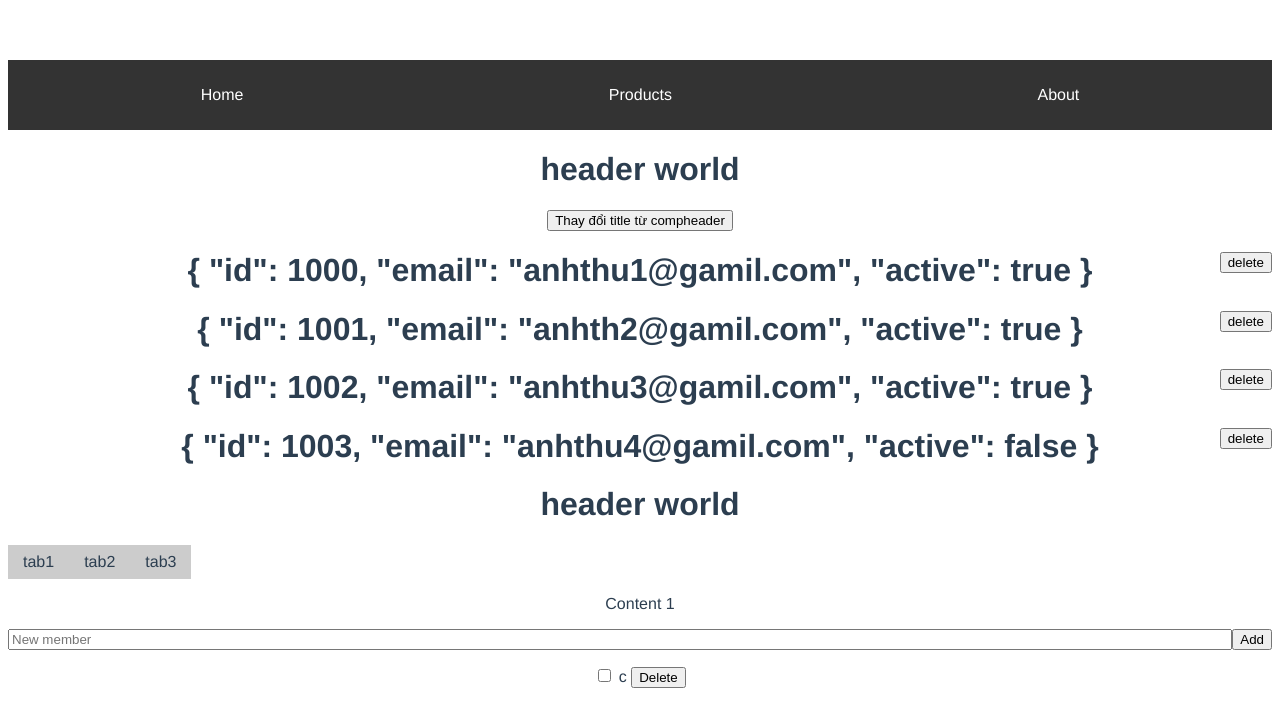
Repository: anhthu112/Todo-list
Page: /
An editor plug-in stored every save of this project. The page is shown before and after the next save, followed by the edit.
The browser window is 1280 px wide. The pictures show the whole page.
The project was rebuilt for these pictures with package versions that can differ from the ones it lists, and the page was loaded fresh each time. Requests to the local data server were answered from the project's data file. Also part of the build but not shown: vue.config.js.

Above is the page before, as saved 2024-02-01 09:18:46.

### src/App.vue
<template>
  <div class="container">
    <!-- <button v-on:click="title='Yoon Jeonghan'">Thay đổi title từ comp app.vue</button> -->
    <CompHeader v-bind:titles="title"/>
    <router-view/>
    <ListUser v-bind:listUser="listUser"
    v-on:deleteEvent="handleDeleteUser"
    />
    <ComFooter v-bind:title="title"/>
    <DemoRef>
      <p>mệt quá em muốn về nhà</p>
    </DemoRef>
  </div>
  <CompTodo/>

</template>

<script>
import CompHeader from './components/CompHeader.vue';
import ComFooter from './components/ComFooter.vue';
import ListUser from './components/ListUser.vue';
import DemoRef from './components/DemoRef.vue';
import CompTodo from './components/CompTodo.vue';

export default {
  name: 'App',
  data(){
    return {
      title:'header world',
      listUser : [
        {id:1000, email:'anhthu1@gamil.com', active: true},
        {id:1001, email:'anhth2@gamil.com', active: true},
        {id:1002, email:'anhthu3@gamil.com', active: true},
        {id:1003, email:'anhthu4@gamil.com', active: false}
      ],

      textSvt: "Seventen",
    }
  },
  components: {
    CompHeader,
    ComFooter,
    ListUser,
    DemoRef,
    CompTodo,
},
  methods:{
    changeTitleEvent(){
      console.log('sucess');
      this.title="Hello Anna";
    },
    handleDeleteUser(data) {
  console.log('mit moi', data);
  this.listUser = this.listUser.filter(a => a.id !== data.id);
  console.log(this.listUser);
}

  }
}
</script>

<style>
#app {
  font-family: Avenir, Helvetica, Arial, sans-serif;
  -webkit-font-smoothing: antialiased;
  -moz-osx-font-smoothing: grayscale;
  text-align: center;
  color: #2c3e50;
  margin-top: 60px;
}
</style>

### src/components/CompHeader.vue
<template>
    <nav>
        <ul class="nav-link">
            <li><a href="/">Home</a></li>
            <li><a href="/products">Products</a></li>
            <li><a href="./about">About</a></li>
        </ul>
    </nav>
    <header>
        <h1>{{ titles }}</h1>
    </header>
    <button v-on:click="changeHeader">Thay đổi title từ compheader</button>
</template>
<script>
    export default{
        name: 'comp-header',
        props:{
            titles: String,
        },
        data (){
            return {
            }
        },
        methods:{
            changeHeader(){
                console.log('before');
                this.$emit('changeTitleEvents');
                console.log('after');
            }
        }
    }
</script>
<style scoped>
    nav{
        background: #333;
        color: #fff;
        text-align: center;
        padding: 10px;
    }
    .nav-link{
        display:flex;
        justify-content: space-around;
        align-items: center;
        list-style: none;
        padding:0;
    }
    .nav-link a{
        color: #fff;
        text-decoration: none;
    }
    .nav-link a:hover{
        color: rgb(143, 143, 196);
    }
</style>

### src/components/ComFooter.vue
<template>
    <footer>
            <h1>{{ title }}</h1>
    </footer>

</template>
<script>
    export default{
        name: 'comp-footer',
        props: {
            title: String,
        }
    }
</script>

### src/components/ListUser.vue
<template>
    <div class="list-user">
      <User v-for="users in listUser" v-bind:key="users.id" v-bind:user="users"
      v-on:deleteUsert="deleteUser"
       />
      <h2> {{ text }}</h2>
    </div>
</template>

  <script>
  import User from './User.vue';
  export default {
    name: 'ListUser',
    props: {
      listUser: {
        type: Array,
      },
      text: {
        type: String,
      }
    },
    components: {
      User,
    },
    methods:{
      deleteUser(data){
        this.$emit('deleteEvent', data)
        console.log('delete trong listuser',data)
      }
    }
  };
  </script>

### src/components/DemoRef.vue
<template>
    <CompTask>
        <ul class='tabs-header'>
            <li v-for="(item,index) in tabsHeader"
            v-bind:key="index"
            v-on:click="changeTab(index)"
            v-bind:class="{active: tabActive==index}"
            >{{ item.text }}</li>
        </ul>
        <div class="tab-content tab1" v-if="tabActive === 0">
            <p>Content 1</p>
        </div>
        <div class="tab-content tab2"  v-if="tabActive === 1">
            <p>Content 2</p>
        </div>
        <div class="tab-content tab3"  v-if="tabActive === 2">
            <p>Content 3</p>
        </div>
    </CompTask>
</template>

<script>
import CompTask from './CompTask.vue'
export default {
    name: 'demo-slot',
    components: {
        CompTask
    },
    data(){
        return {
            tabsHeader:[
                {text: 'tab1'},
                {text: 'tab2'},
                {text: 'tab3'},

            ],
            tabActive : 0
        }
    },
    methods: {
            changeTab(index){
                this.tabActive=index;
            }
        }
}
</script>
<style>
    .active{
        background: #000;
    }
</style>

### src/components/CompTodo.vue
<template>
    <div>
        <AddTodo @add-todo="addTodo" />
        <TodoItem
            v-for="todoItem in todo"
            :key="todoItem.id"
            :todoProps="todoItem"
            @item-complete="markComplete"
            @deleteItem="deleteItem(todoItem.id)"
        />
    </div>
</template>

<script>
import TodoItem from './TodoItem.vue';
import AddTodo from './AddTodo.vue';
import axios from 'axios';

export default {
    name: 'ToDo',
    data() {
        return {
            todo: []
        };
    },
    methods: {
        async getAlltodo() {
            try {
                const res = await axios.get('http://localhost:3000/posts');
                this.todo = res.data;
                console.log(res.data);
            } catch (err) {
                console.log(err);
            }
        },
        markComplete(todoItem) {
            console.log(todoItem);
            todoItem.completed = !todoItem.completed;
            console.log(todoItem.completed);
        },
        async deleteItem(itemId) {
            try {
                await axios.delete(`http://localhost:3000/posts/${itemId}`);
                console.log(`Item ${itemId} deleted.`);
                this.todo = this.todo.filter(item => item.id !== itemId);
            } catch (err) {
                console.log(err);
            }
        },
        async addTodo(newTodo) {
            try {
                const res = await axios.post('http://localhost:3000/posts', newTodo);
                console.log("New todo added:", res.data);
                this.todo.push(res.data);
            } catch (err) {
                console.log(err);
            }
        }
    },
    mounted() {
        this.getAlltodo();
    },
    components: {
        TodoItem,
        AddTodo,
    },
};
</script>

<style>
</style>

### src/components/User.vue
<template>
    <div class="user">
        <h1>{{ user }}</h1>
        <button class="delete"
        v-on:click="handleDelete"
        >delete</button>
    </div>
</template>
<script>
    export default {
        name: 'userComponent',
        props:{
            user : {
                type: Object,
            }
        },
        methods:{
            handleDelete(){
                var data ={
                    id: this.user.id
                }
                console.log('hello');
                this.$emit('deleteUsert',data)
            }
        },
        data (){
            return {

            }
        }
    }
</script>
<style>
    .user{
        position: relative;
    }
    .delete{
        position: absolute;
        top:0;
        right:0;
    }
</style>

### src/components/CompTask.vue
<template>
    <h1>{{ title }}</h1>
    <slot></slot>
</template>

<script>
export default {
    name: 'comp-task',
    props:{
        title: String,
    },
    data (){
        return {

        }
    },
    methods: {

    }
}
</script>

<style>
    .tabs-header{
        margin:0;
        padding:0;
        display:flex;
        list-style: none;
    }
    .tabs-header li{
        padding: 8px 15px;
        background: #ccc;
        cursor: pointer;
    }
    .tabs-header li:hover{
        background: #333;
        color:#fff;
    }
</style>

### src/components/TodoItem.vue
<template>
    <p :class="['todo-item', todoProps.completed ? 'is-complete' : '']">
      <input type="checkbox" :checked="todoProps.completed" v-on:change="markItemCompleted"/>
      {{ todoProps.title }}
      <button v-on:click="deleteItem" class="btn-delete">Delete</button>
    </p>
  </template>

  <script>
  export default {
      name: 'todo-item',
      data (){
        return {
          // checkMark: this.todoProps.completed,
        }
      },
      props: ['todoProps'],
      methods:{
        markItemCompleted(){
          this.$emit('item-complete',this.todoProps);
        },
        deleteItem(){
          this.$emit('deleteItem', this.todoProps);
        }
      }

  }
  </script>

  <style>
  .todo-item {
  }

  .is-complete {
      text-decoration: line-through;
  }
  </style>

### src/components/AddTodo.vue
<template>
    <form @submit.prevent="addItem">
      <input type="text" placeholder="New member" v-model="title" @input="check" class="input">
      <input type="submit" value="Add" class="add-btn">
    </form>
  </template>

  <script>
  import { ref } from 'vue';
  import { v4 as uuidv4 } from 'uuid';

  export default {
    name: 'AddTodo',
    setup(props, context) {
      const title = ref('');

      const check = () => {
        console.log(title.value);
      };

      const addItem = event => {
        event.preventDefault();
        const newItem = {
          id: uuidv4(), // Sử dụng uuidv4 từ 'uuid' thay vì 'uuidv4' từ 'uuidv4'
          title: title.value,
          completed: false
        };
        context.emit('add-todo', newItem);
        title.value = '';
      };

      return {
        title,
        check,
        addItem,
      };
    },
  };
  </script>

  <style>
  form {
    display: flex;
  }

  .input[type=text] {
    flex: 10;
  }
  </style>

### db.json
{
  "posts": [
    {
      "id": "487a21aa-0c37-458f-a4a2-1da914d3799c",
      "title": "c",
      "completed": false
    }
  ]
}

Loaded but not shown: public/index.html (common file); src/main.js (common file)

After the next save:
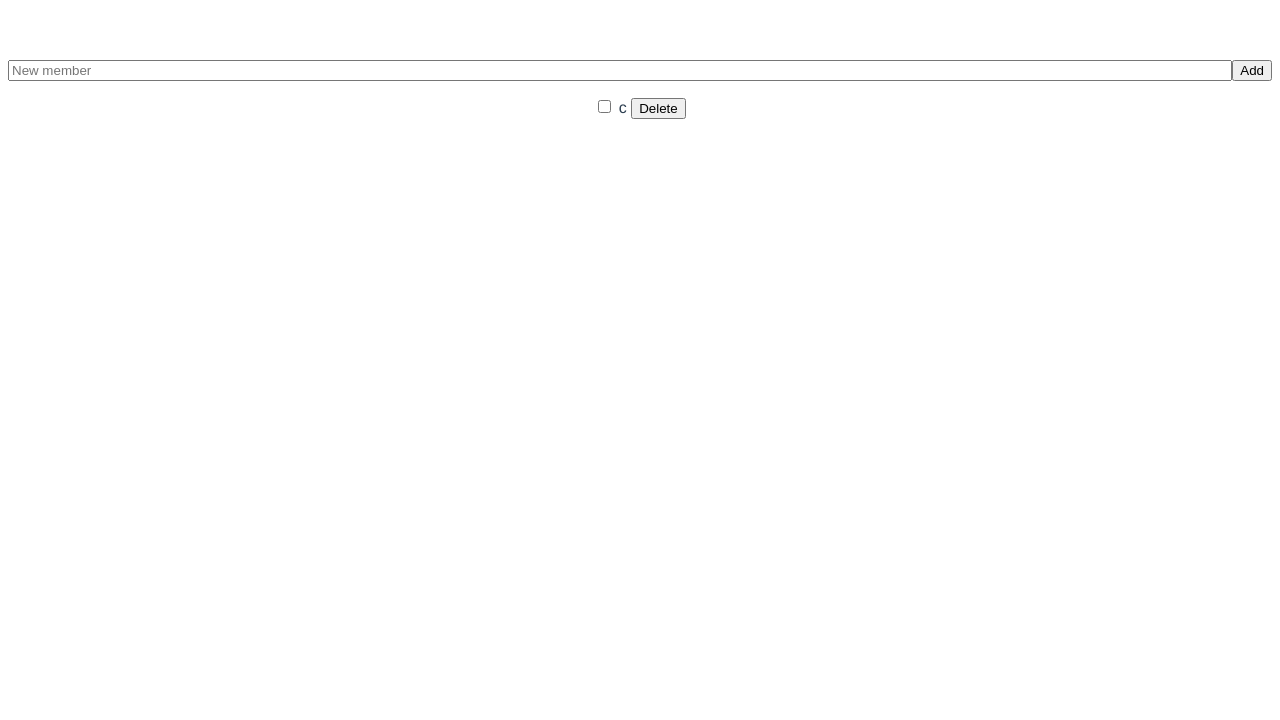
Saved 3 min 28 s later.
--- a/src/App.vue
+++ b/src/App.vue
@@ -1,60 +1,20 @@
 <template>
   <div class="container">
-    <!-- <button v-on:click="title='Yoon Jeonghan'">Thay đổi title từ comp app.vue</button> -->
-    <CompHeader v-bind:titles="title"/>
-    <router-view/>
-    <ListUser v-bind:listUser="listUser"
-    v-on:deleteEvent="handleDeleteUser"
-    />
-    <ComFooter v-bind:title="title"/>
-    <DemoRef>
-      <p>mệt quá em muốn về nhà</p>
-    </DemoRef>
+    <CompTodo/>
   </div>
-  <CompTodo/>
+
 
 </template>
 
 <script>
-import CompHeader from './components/CompHeader.vue';
-import ComFooter from './components/ComFooter.vue';
-import ListUser from './components/ListUser.vue';
-import DemoRef from './components/DemoRef.vue';
 import CompTodo from './components/CompTodo.vue';
 
 export default {
   name: 'App',
-  data(){
-    return {
-      title:'header world',
-      listUser : [
-        {id:1000, email:'anhthu1@gamil.com', active: true},
-        {id:1001, email:'anhth2@gamil.com', active: true},
-        {id:1002, email:'anhthu3@gamil.com', active: true},
-        {id:1003, email:'anhthu4@gamil.com', active: false}
-      ],
-
-      textSvt: "Seventen",
-    }
-  },
   components: {
-    CompHeader,
-    ComFooter,
-    ListUser,
-    DemoRef,
     CompTodo,
 },
   methods:{
-    changeTitleEvent(){
-      console.log('sucess');
-      this.title="Hello Anna";
-    },
-    handleDeleteUser(data) {
-  console.log('mit moi', data);
-  this.listUser = this.listUser.filter(a => a.id !== data.id);
-  console.log(this.listUser);
-}
-
   }
 }
 </script>
